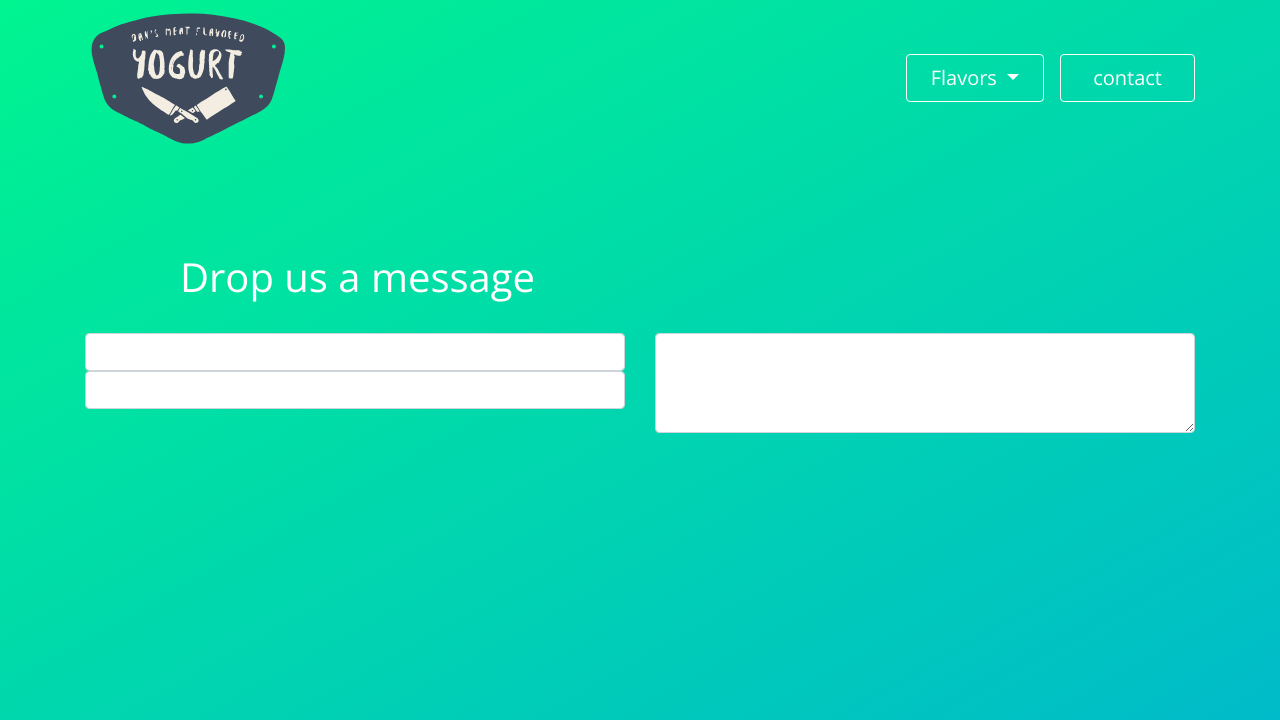
Repository: hoangnam180/Huyen
Page: Form.html
These files come from the project's save history. The page is drawn as it stood at one moment and after the next save; the edit follows.
The browser window is 1280 px wide. The pictures show the whole page.

Above is the page before, as saved 2021-12-03 18:50:47.
Not found: space.scss

After the next save:
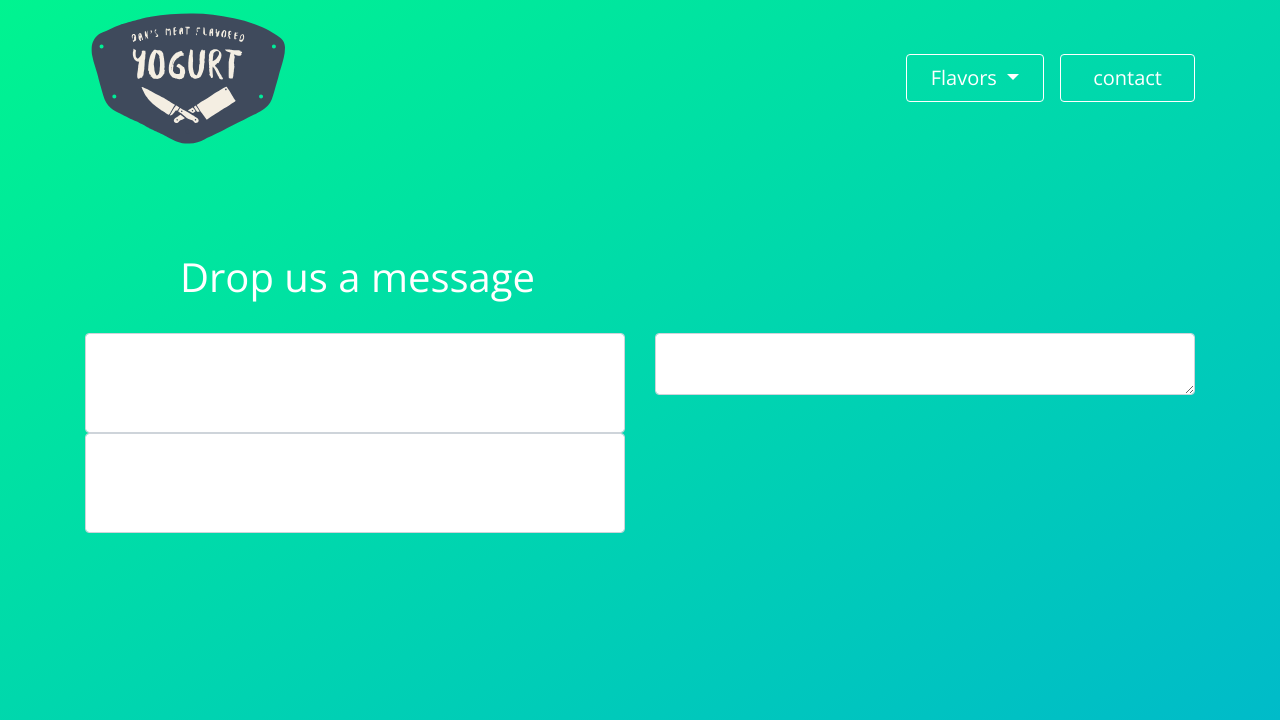
Saved 19 s later.
--- a/Form.html
+++ b/Form.html
@@ -60,15 +60,15 @@
             <div class="col">
                 <div class="row flex-column">
                     <div class="col">
-                        <input type="email" class="form-control" id="exampleInputEmail1">
+                        <input  style="height: 100px" type="email" class="form-control" id="exampleInputEmail1">
                     </div>
                     <div class="col">
-                        <input type="text" id="" class="form-control" placeholder="">
+                        <input  style="height: 100px" type="text" id="" class="form-control" placeholder="">
                     </div>
                 </div>
             </div>
             <div class="col">
-                <textarea class="form-control" placeholder="" id="floatingTextarea2" style="height: 100px"></textarea>
+                <textarea class="form-control" placeholder="" id="floatingTextarea2"></textarea>
             </div>
         </div>
     </div>
